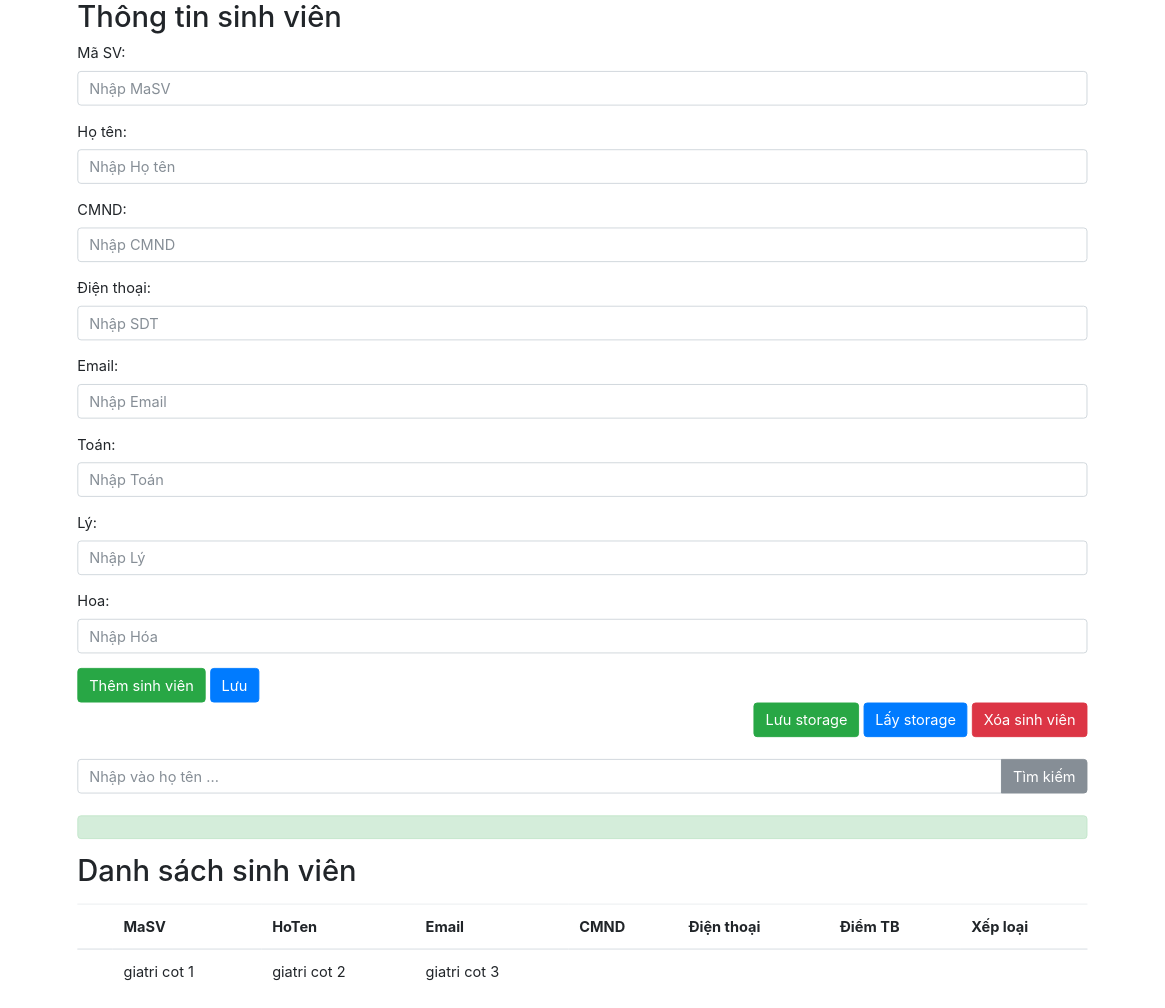
Repository: phamanhquyet/testMerge
Page: index.html
An editor plug-in stored every save of this project. The page is shown before and after the next save, followed by the edit.
The browser window is 1280 px wide. The pictures show the whole page, at 91% of full size.
Some web libraries are served in a nearby version.

Above is the page before, as saved 2022-04-06 09:47:36.

### index.html
<!DOCTYPE html>
<html lang="en">
<head>
	<meta charset="UTF-8">
	<title>Document</title>
	<!--Lưu ý chèn js theo thứ tự main cần sử dụng danhsachsinhvien, danhsachsinhvien cần sử dụng sinhvien-->
	<!-- Latest compiled and minified CSS -->
	<link rel="stylesheet" href="https://maxcdn.bootstrapcdn.com/bootstrap/4.0.0-beta.2/css/bootstrap.min.css">
	<link rel="stylesheet" href="./style.css">
</head>
<body>
	<div class="logo"></div>
	<div class="container">
		<h2>Thông tin sinh viên</h2>
		<form>
			<div class="form-group">
				<label for="masv">Mã SV:</label>
				<input type="text" class="form-control" id="masv"  placeholder="Nhập MaSV" name="MaSV">
			</div>
			<div class="form-group">
				<label for="hoten">Họ tên:</label>
				<input type="text" class="form-control" id="hoten" placeholder="Nhập Họ tên" name="hoten">
			</div>
			<div class="form-group">
				<label for="cmnd">CMND:</label>
				<input type="text" class="form-control" id="cmnd" placeholder="Nhập CMND" name="cmnd">
			</div>
			<div class="form-group">
				<label for="sdt">Điện thoại:</label>
				<input type="text" class="form-control" id="sdt" placeholder="Nhập SDT" name="sdt">
			</div>

			<div class="form-group">
				<label for="email">Email:</label>
				<input type="email" class="form-control" id="email" placeholder="Nhập Email" name="email">
			</div>
			<div class="form-group">
				<label for="Toan">Toán:</label>
				<input type="number" class="form-control" id="Toan" placeholder="Nhập Toán" name="Toan">
			</div>
			<div class="form-group">
				<label for="Ly">Lý:</label>
				<input type="number" class="form-control" id="Ly" placeholder="Nhập Lý" name="Ly">
			</div>
			<div class="form-group">
				<label for="Hoa">Hoa:</label>
				<input type="number" class="form-control" id="Hoa" placeholder="Nhập Hóa" name="Hoa">
			</div>
			<button type="button" class="btn btn-success" onclick="addStudent()">Thêm sinh viên</button>
			<button type="button" class="btn btn-primary" onclick="LuuThongTin()"> Lưu</button>
		</form>
		<div style="float: right;">
		<button class="btn btn-success" onclick="SetStorage()">Lưu storage</button>
		<button class="btn btn-primary" onclick="GetStorage()">Lấy storage</button>
		<button class="btn btn-danger" onclick="XoaSinhVien()">Xóa sinh viên</button>
		</div>
	</div>
	<!--table bootstrap 4 -->
	<div class="clearfix"></div>
	<br>
	<div class="container">
	 <div class="right">
	 	<div class="input-group">
	 		<input type="text" id="tukhoa" onkeyup="TimKiemSinhVien()" onchange="TimKiemSinhVien()" class="form-control" placeholder="Nhập vào họ tên ...">
	 		<span class="input-group-btn">
	 			<button class="btn btn-secondary" onclick="TimKiemSinhVien()" type="button">Tìm kiếm</button>
	 		</span>
	 	</div>
	 	<br />
	 	<div class="alert alert-success" id="ThongBao"></div>
	 </div>
	  <h2>Danh sách sinh viên</h2>
	  <p> </p>
	  <table id="TableSinhVien" class="table" >
	    <thead>
	      <tr>
	      	<th></th>
	        <th>MaSV</th>
	        <th>HoTen</th>
	        <th>Email</th>
	        <th>CMND</th>
	        <th>Điện thoại</th>
	        <th>Điểm TB</th>
	        <th>Xếp loại</th>
	      </tr>
	    </thead>
	    <tbody id="tbodySinhVien">
	      <tr>
			<td></td>
			<td>giatri cot 1</td>
			<td>giatri cot 2</td>
			<td>giatri cot 3</td>
	      </tr>
	    </tbody>
	  </table>
	</div>
	<script src="./validation.js"></script>
	<script src="./study.js"></script>
	<script src="./arrayStudent.js"></script>

	<script src="./main.js"></script>

	<!-- jQuery library -->
	<script src="https://ajax.googleapis.com/ajax/libs/jquery/3.2.1/jquery.min.js"></script>

	<!-- Popper JS -->
	<script src="https://cdnjs.cloudflare.com/ajax/libs/popper.js/1.12.6/umd/popper.min.js"></script>

	<!-- Latest compiled JavaScript -->
	<script src="https://maxcdn.bootstrapcdn.com/bootstrap/4.0.0-beta.2/js/bootstrap.min.js"></script>

</body>
</html>

### validation.js
function Debug()
{
    this.checknull = function(value)
    {
        if(value === ""){
            return true;
        }
        return false;
    }
    this.validateEmail = function(email) {
        const res = /^(([^<>()\[\]\\.,;:\s@"]+(\.[^<>()\[\]\\.,;:\s@"]+)*)|(".+"))@((\[[0-9]{1,3}\.[0-9]{1,3}\.[0-9]{1,3}\.[0-9]{1,3}\])|(([a-zA-Z\-0-9]+\.)+[a-zA-Z]{2,}))$/;
        return res.test(String(email).trim());
        // trả về true hoặc false
      }
}

### study.js

function study(ID,full_name,gmail,number_phone,ID_cand)
{
        this.ID=ID;
        this.full_name=full_name;
        this.gmail=gmail;
        this.number_phone=number_phone;
        this.ID_cand=ID_cand;
}

### arrayStudent.js
function arrayStudent(){
    //--------arrayStudent-------------
    this.list = [];
    this.addStudent = function(newStudent){
        this.list.push(newStudent);
    }
    this.editStudent =function(Student){

    }
    this.deleteStudent =function(listStudent){

    }
    this.fillStudent =function(keyword){

    }

}

### main.js
let listStudent = new arrayStudent();
let validate = new Debug();
function DomID(id){
    let element = document.getElementById(id);
    return element;
}
function checkInputValue(ID,value){
    if(validate.checknull(value) == true)
    {
        DomID(ID).style.borderColor = "red";
        return true;
    }
    else
    {
        DomID(ID).style.borderColor = "#28a745";
        return false;
    }
}
function addStudent()
{
    //get data in table
    let ID =  DomID('masv').value;
    let FullName =  DomID('hoten').value;
    let gmail = DomID('email').value;
    let ID_cand =  DomID('cmnd').value;
    let numberPhone =  DomID('sdt').value;
    let checkValue = 0;
    //check validation
    if(checkInputValue('masv',ID)){
        checkValue++;
    }
    if(checkInputValue('hoten',FullName))
    {
        checkValue++;
    }
    if(validate.validateEmail(gmail)){
        DomID('email').style.borderColor = "#28a745";
    }
    else{
        DomID('email').style.borderColor = "red";
        checkValue++;
    }
    if(checkInputValue('cmnd',ID_cand))
    {
        checkValue++;
    }
    if(checkInputValue('sdt',numberPhone))
    {
        checkValue++;;
    }
    if (checkValue !=0)
    {
        return;
    }
    let Student = new study(ID,FullName,gmail,numberPhone,ID_cand);
    listStudent.addStudent(Student);
    console.log(listStudent);

}

Loaded but not shown: style.css (common file)

After the next save:
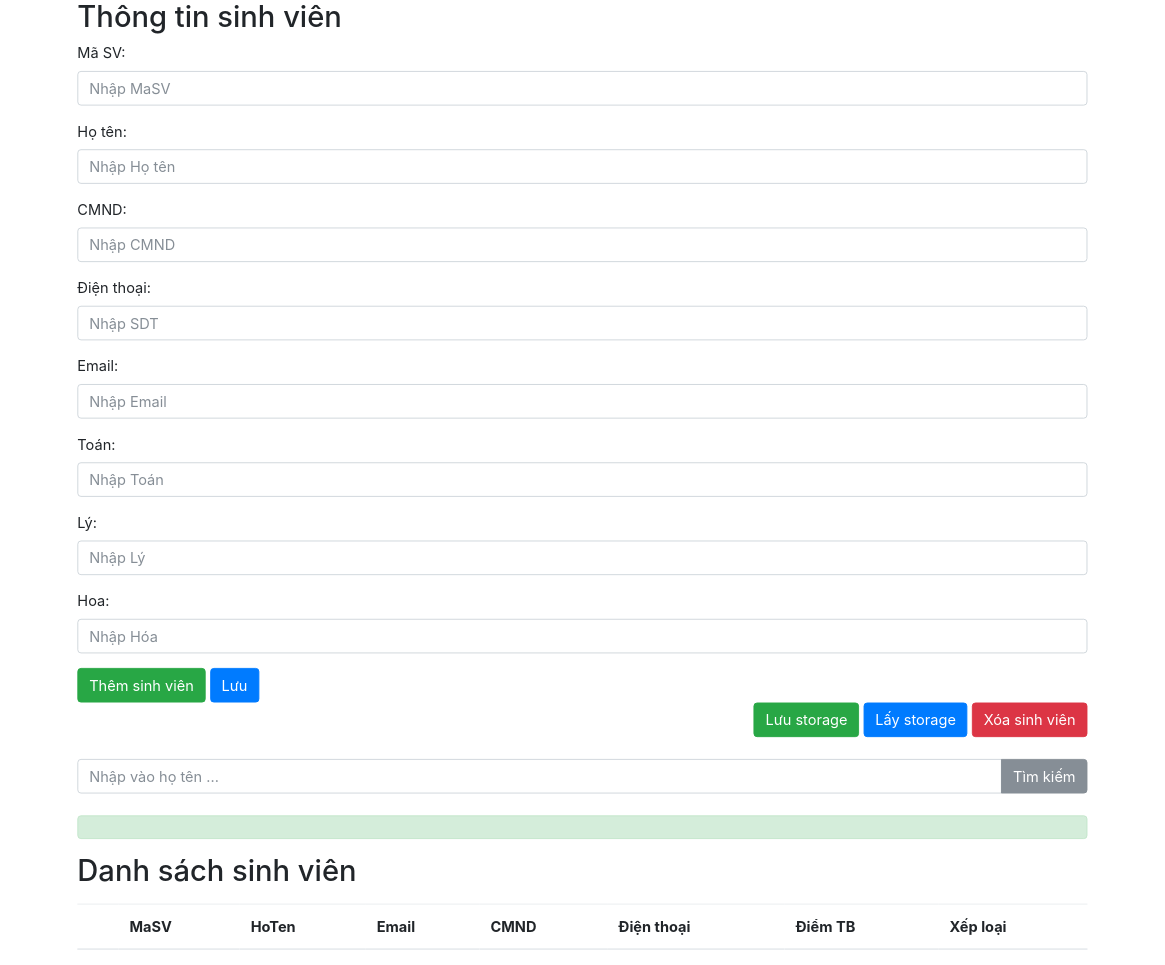
Saved 7 min 53 s later.
--- a/main.js
+++ b/main.js
@@ -16,6 +16,14 @@ function checkInputValue(ID,value){
         return false;
     }
 }
+//hiển thị danh sách sinh viên
+function displayTablesStudent(list){}
+{
+    let listTable = DomID('tbodySinhVien');
+    // xóa dữ liệu bên trong html
+    listTable.innerHTML = "";
+}
+// sự kiện bắt từ nút thêm trong html onclick="addStudent()"
 function addStudent()
 {
     //get data in table
@@ -55,5 +63,4 @@ function addStudent()
     let Student = new study(ID,FullName,gmail,numberPhone,ID_cand);
     listStudent.addStudent(Student);
     console.log(listStudent);
-
 }
